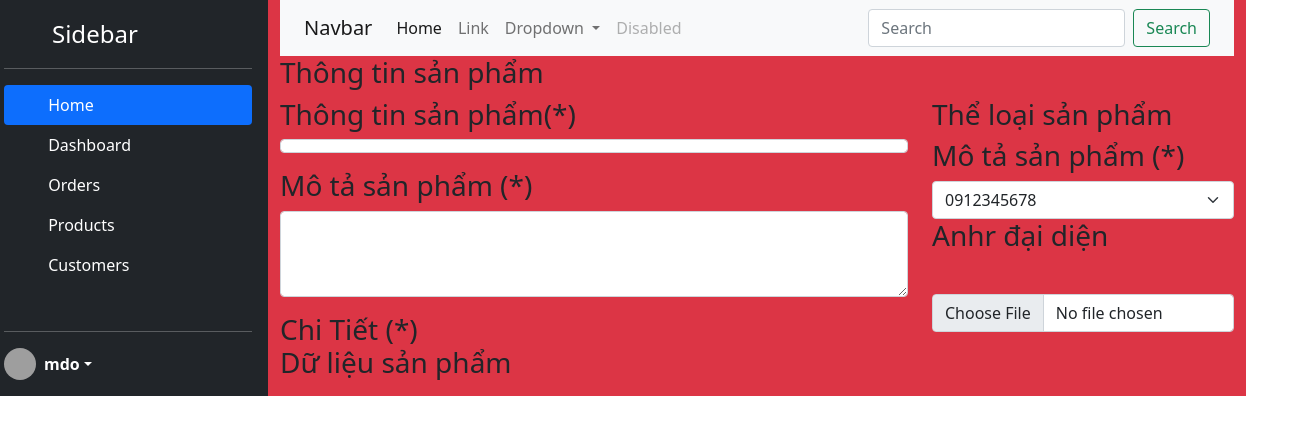
Repository: Lehuyhuynh/BT12-BOOTSTRAP
Page: index.html
These files come from the project's save history. The page is drawn as it stood at one moment and after a run of saves; the edit follows.
The browser window is 1280 px wide. The page is 1292 px wide, so the pictures cover 1292 px, including what lies to the right of the window. The pictures show the whole page.
Pictures or frames that could not be fetched are drawn as grey boxes.

Above is the page before, as saved 2023-08-19 22:42:32.

### index.html
<!DOCTYPE html>
<html lang="en">
<head>
  <link href="https://cdn.jsdelivr.net/npm/bootstrap@5.1.3/dist/css/bootstrap.min.css" rel="stylesheet" integrity="sha384-1BmE4kWBq78iYhFldvKuhfTAU6auU8tT94WrHftjDbrCEXSU1oBoqyl2QvZ6jIW3" crossorigin="anonymous">
  <meta charset="UTF-8">
  <meta name="viewport" content="width=device-width, initial-scale=1.0">
  <title>BT2</title>
</head>
<body>
  <div class="row">
    <div class=" col-3 d-flex flex-column flex-shrink-0 p-3 text-white bg-dark rounded-lg" style="width: 280px;">
      <a href="/" class="d-flex align-items-center mb-3 mb-md-0 me-md-auto text-white text-decoration-none">
        <svg class="bi me-2" width="40" height="32"><use xlink:href="#bootstrap"></use></svg>
        <span class="fs-4">Sidebar</span>
      </a>
      <hr>
      <ul class="nav nav-pills flex-column mb-auto">
        <li class="nav-item">
          <a href="#" class="nav-link active" aria-current="page">
            <svg class="bi me-2" width="16" height="16"><use xlink:href="#home"></use></svg>
            Home
          </a>
        </li>
        <li>
          <a href="#" class="nav-link text-white">
            <svg class="bi me-2" width="16" height="16"><use xlink:href="#speedometer2"></use></svg>
            Dashboard
          </a>
        </li>
        <li>
          <a href="#" class="nav-link text-white">
            <svg class="bi me-2" width="16" height="16"><use xlink:href="#table"></use></svg>
            Orders
          </a>
        </li>
        <li>
          <a href="#" class="nav-link text-white">
            <svg class="bi me-2" width="16" height="16"><use xlink:href="#grid"></use></svg>
            Products
          </a>
        </li>
        <li>
          <a href="#" class="nav-link text-white">
            <svg class="bi me-2" width="16" height="16"><use xlink:href="#people-circle"></use></svg>
            Customers
          </a>
        </li>
      </ul>
      <hr>
      <div class="dropdown">
        <a href="#" class="d-flex align-items-center text-white text-decoration-none dropdown-toggle" id="dropdownUser1" data-bs-toggle="dropdown" aria-expanded="false">
          <img src="https://github.com/mdo.png" alt="" width="32" height="32" class="rounded-circle me-2">
          <strong>mdo</strong>
        </a>
        <ul class="dropdown-menu dropdown-menu-dark text-small shadow" aria-labelledby="dropdownUser1" style="">
          <li><a class="dropdown-item" href="#">New project...</a></li>
          <li><a class="dropdown-item" href="#">Settings</a></li>
          <li><a class="dropdown-item" href="#">Profile</a></li>
          <li><hr class="dropdown-divider"></li>
          <li><a class="dropdown-item" href="#">Sign out</a></li>
        </ul>
      </div>
    </div>
    <div class="main-content bg-danger col-9" >
      <nav class="navbar navbar-expand-lg navbar-light bg-light">
        <div class="container-fluid">
          <a class="navbar-brand" href="#">Navbar</a>
          <button class="navbar-toggler" type="button" data-bs-toggle="collapse" data-bs-target="#navbarSupportedContent" aria-controls="navbarSupportedContent" aria-expanded="false" aria-label="Toggle navigation">
            <span class="navbar-toggler-icon"></span>
          </button>
          <div class="collapse navbar-collapse" id="navbarSupportedContent">
            <ul class="navbar-nav me-auto mb-2 mb-lg-0">
              <li class="nav-item">
                <a class="nav-link active" aria-current="page" href="#">Home</a>
              </li>
              <li class="nav-item">
                <a class="nav-link" href="#">Link</a>
              </li>
              <li class="nav-item dropdown">
                <a class="nav-link dropdown-toggle" href="#" id="navbarDropdown" role="button" data-bs-toggle="dropdown" aria-expanded="false">
                  Dropdown
                </a>
                <ul class="dropdown-menu" aria-labelledby="navbarDropdown">
                  <li><a class="dropdown-item" href="#">Action</a></li>
                  <li><a class="dropdown-item" href="#">Another action</a></li>
                  <li><hr class="dropdown-divider"></li>
                  <li><a class="dropdown-item" href="#">Something else here</a></li>
                </ul>
              </li>
              <li class="nav-item">
                <a class="nav-link disabled" href="#" tabindex="-1" aria-disabled="true">Disabled</a>
              </li>
            </ul>
            <form class="d-flex">
              <input class="form-control me-2" type="search" placeholder="Search" aria-label="Search">
              <button class="btn btn-outline-success" type="submit">Search</button>
            </form>
          </div>
        </div>
      </nav>
      <div class="row">

        <h3>Thông tin sản phẩm<h3>

          <div class="row">
            <div class="more col-8">

              <div class="product">

                <div class="mb-3">
                  <label for="information" class="form-label">Thông tin sản phẩm(*)</label>
                  <table class="form-control" id="information" name="information" rows="3"></table>
                </div>

                <div class="mb-3">
                  <label for="exampleFormControlTextarea1" class="form-label">Mô tả sản phẩm (*)</label>
                  <textarea class="form-control" id="exampleFormControlTextarea1" rows="3"></textarea>
                </div>

                <span>Chi Tiết (*) </span><br>

              </div>

              <div class="data">

                <h3>Dữ liệu sản phẩm</h3>


              </div>

            </div>

            <div class="category col-4">

              <div class="cate">

              <h3>Thể loại sản phẩm</h3>



                <label for="cate" class="form-label">Mô tả sản phẩm (*)</label>

                <select id="cate" class="form-select" aria-label="Default select example">

                  <option value="1">0912345678</option>
                  <option value="2">0123456789</option>
                  <option value="3">1234567890</option>
                </select>

              </div>

              <div class="img">

                <h3>Anhr đại diện</h3>
                <div class="mb-3">
                  <label for="formFile" class="form-label"></label>
                  <input class="form-control" type="file" id="formFile">
                </div>
              </div>
            </div>
          </div>






      </div>
    </div>


  </div>

  <script src="https://cdn.jsdelivr.net/npm/bootstrap@5.1.3/dist/js/bootstrap.bundle.min.js" integrity="sha384-ka7Sk0Gln4gmtz2MlQnikT1wXgYsOg+OMhuP+IlRH9sENBO0LRn5q+8nbTov4+1p" crossorigin="anonymous"></script>
</body>
</html>

After the next 2 saves:
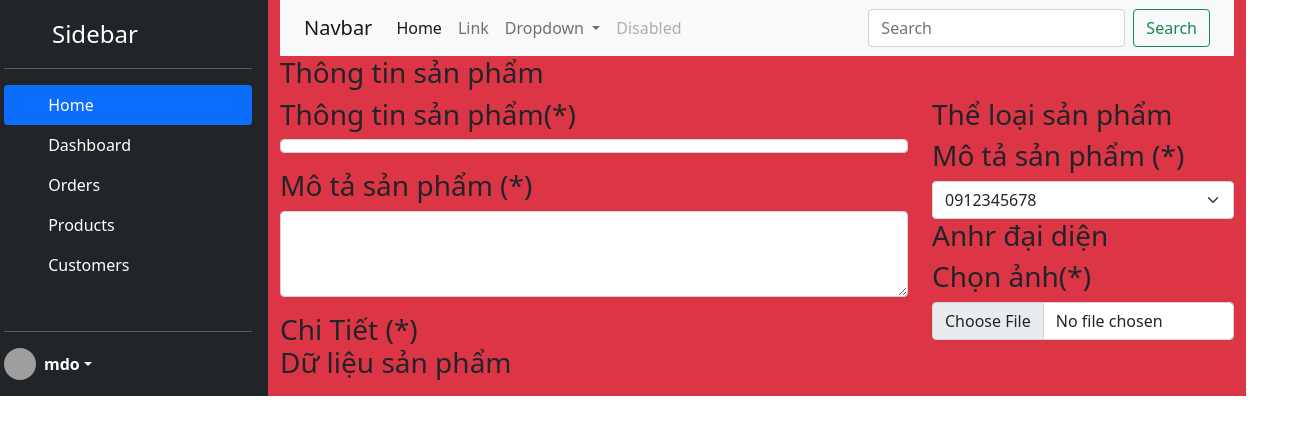
The 2 saves are shown as one change because they came seconds apart.
The last was saved 7 s later.
--- a/index.html
+++ b/index.html
@@ -153,7 +153,7 @@
 
                 <h3>Anhr đại diện</h3>
                 <div class="mb-3">
-                  <label for="formFile" class="form-label"></label>
+                  <label for="formFile" class="form-label">Chọn ảnh(*)</label>
                   <input class="form-control" type="file" id="formFile">
                 </div>
               </div>
